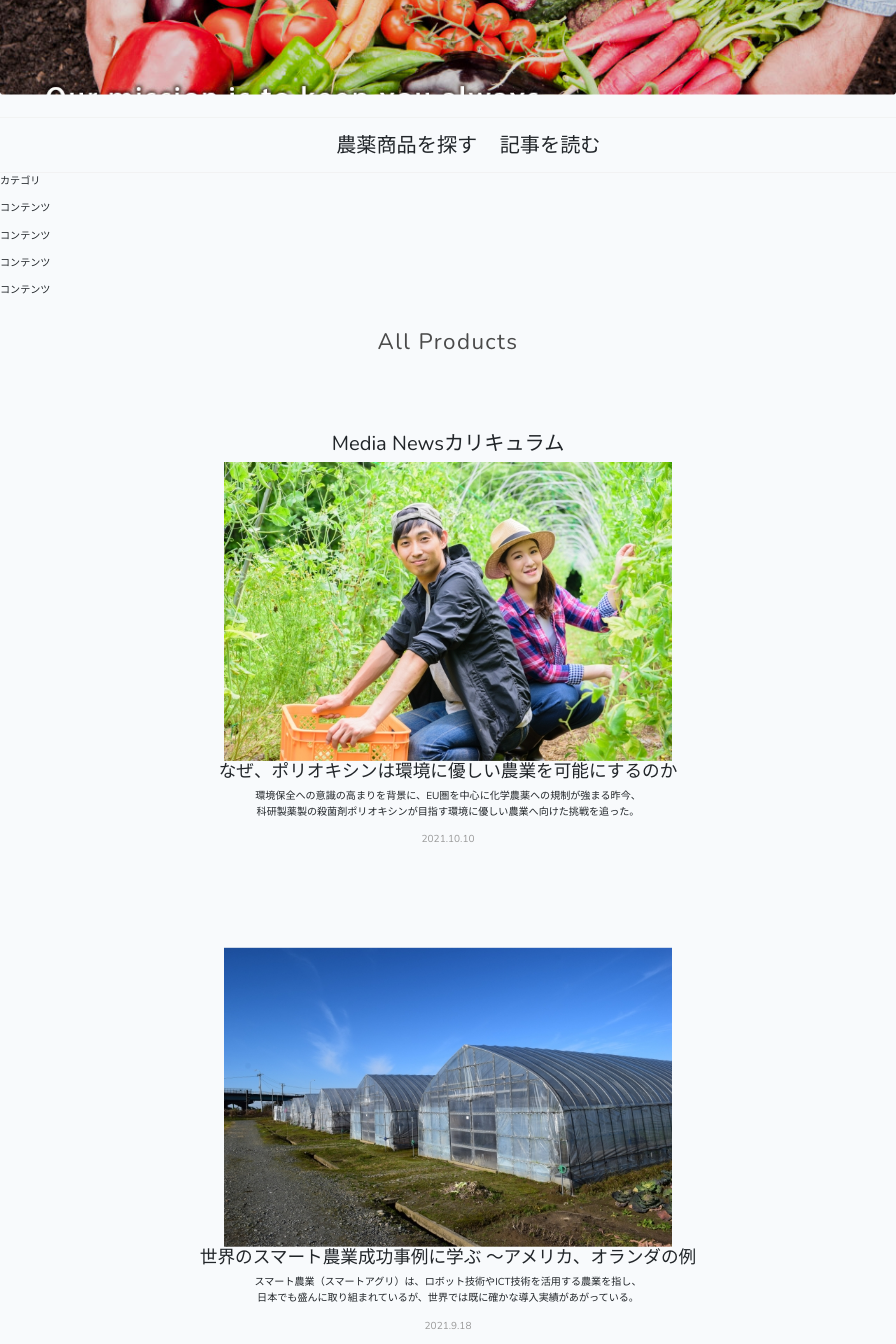
Repository: owen0618/SukuSuku
Page: http://localhost/
The author's editor kept a record of every edit. The page is drawn from the files as they stood at one moment, then again after the next edit.
The browser window is 1280 px wide. The pictures show the part of the page from y = 320 to 2240 px (the page is 3036 px tall before and 2841 px after), at 70% of full size.
The page is served by the project's Laravel application, run on PHP 8.4 with Laravel 8. Other server files are loaded and not shown. Queries for data that is not in the repository find no rows.

Above is the page before.

### cms/app/Providers/AppServiceProvider.php
<?php

namespace App\Providers;

use Illuminate\Support\ServiceProvider;
use Illuminate\Support\Facades\Schema; //この行を追加
use Illuminate\Support\Facades\URL;    //この行を追加

class AppServiceProvider extends ServiceProvider
{
    /**
     * Register any application services.
     *
     * @return void
     */
    public function register()
    {
        //
    }

    /**
     * Bootstrap any application services.
     *
     * @return void
     */
    public function boot()
    {
        //
        Schema::defaultStringLength(191);   //この行を追加
        URL::forceScheme('https');          //この行を追加
    }
}

### cms/routes/web.php
<?php

/*
|--------------------------------------------------------------------------
| Web Routes
|--------------------------------------------------------------------------
|
| Here is where you can register web routes for your application. These
| routes are loaded by the RouteServiceProvider within a group which
| contains the "web" middleware group. Now create something great!
|
*/

Route::get('/', function () {
    return view('welcome');
});

Auth::routes();

Route::get('/home', 'HomeController@index')->name('home');

//Route::get('/', 'ProductController@index')->name('product.index');

//Route::get('/product/{id}', 'ProductController@show')->name('product.show');


Route::name('product.')
      ->group(function () {
          Route::get('/', 'ProductController@index')->name('index');
          Route::get('/product/{id}', 'ProductController@show')->name('show');
      });

      Route::name('line_item.')
      ->group(function () {
          Route::post('/line_item/create', 'LineItemController@create')->name('create');
          Route::post('/line_item/delete', 'LineItemController@delete')->name('delete');

      });

      Route::name('cart.')
      ->group(function () {
          Route::get('/cart', 'CartController@index')->name('index');
          Route::get('/cart/checkout', 'CartController@checkout')->name('checkout');
          Route::get('/cart/success', 'CartController@success')->name('success');
      });

### cms/app/Http/Controllers/Controller.php
<?php

namespace App\Http\Controllers;

use Illuminate\Foundation\Auth\Access\AuthorizesRequests;

use App\Product;

use Illuminate\Foundation\Bus\DispatchesJobs;
use Illuminate\Foundation\Validation\ValidatesRequests;
use Illuminate\Routing\Controller as BaseController;

class Controller extends BaseController
{
    use AuthorizesRequests, DispatchesJobs, ValidatesRequests;

    public function index()
     {
         return view('product.index')
             ->with('products', Product::get());
     }

     public function show($id)
     {
         return view('product.show')
             ->with('product', Product::find($id));
     }

}

### cms/app/Cart.php
<?php

namespace App;

use Illuminate\Database\Eloquent\Model;

class Cart extends Model
{
    public function products()
     {
         return $this->belongsToMany(
    Product::class,
    'line_items'
    )->withPivot(['id', 'quantity']);


     }

}

### cms/app/Product.php
<?php

namespace App;

use Illuminate\Database\Eloquent\Model;

class Product extends Model
{
    public function carts()
     {
         return $this->belongsToMany(
           Cart::class,
           'line_items')->withPivot(['id', 'quantity']);
}

}

### cms/resources/views/product/index.blade.php


@extends('layouts.app')

  @section('title')
  商品一覧
 @endsection

  @section('content')

   <!-- SukuSuku文字表示 -->
    <div class="jumbotron top-img">
        <p class="text-center text-white top-img-text">{{ config('app.name', 'Laravel')}}</p>
    </div>

    <!-- 追加開始 -->
    <div class="header-above">
		<div class="wrapper header-inner">

			<button class="btn btn-mobileMenu"></button>
			<nav class="nav-outer">
				<ul class="nav clearfix">
					<li class="nav-item"><a href="#about">農薬商品を探す</a></li>

					<li class="nav-item"><a href="#news">記事を読む</a></li>

				</ul>
			</nav>
		</div>
	</div>



     <div class="localNavigation">
            <p>カテゴリ</p>
        </div>
        <div class="content-area">
            <div class="content">
                <p>コンテンツ</p>
            </div>
            <div class="content">
                <p>コンテンツ</p>
            </div>
            <div class="content">
                <p>コンテンツ</p>
            </div>
            <div class="content">
                <p>コンテンツ</p>
            </div>


        </div>

<!-- 追加終了 -->

    <div class="container">

        <div class="top__title text-center">
            All Products
        </div>
        <div class="row">
            @foreach ($products as $product)

            <a href="{{ route('product.show', $product->id) }}" class="col-lg-4 col-md-6">
                <div class="card">
                    <img src="{{ asset($product->image) }}" class="card-img"/>
                    <div class="card-body">
                        <p class="card-title">{{ $product->name }}</p>
                        <p class="card-text">¥{{ number_format($product->price) }}</p>
                    </div>
                </div>
            </a>
            @endforeach
        </div>






     <!-- 追加開始 -->

  <!--追加③c-->
<section id="course">
	<div class="layout-course">
		<a href="#">
		<h2 class="section-title section-title__modifier-primary">Media News<span class="section-title__ja">カリキュラム</span></h2>
		<a href="#">

		<a href="https://www.kaken.co.jp/nou_doubutsu/agro/polioxin_50th.html" target="_blank"><img src="/images/11.jpg">


		<h3 class="course__title">なぜ、ポリオキシンは環境に優しい農業を可能にするのか</h3>
		<p class="course__detail text-center section-paragraph">
			環境保全への意識の高まりを背景に、EU圏を中心に化学農薬への規制が強まる昨今、<br>
			科研製薬製の殺菌剤ポリオキシンが目指す環境に優しい農業へ向けた挑戦を追った。</p>
		<p class="news-list__date">2021.10.10</p>

	</div>

	<div class="layout-course">

		<a href="#">
			<a href="https://smartagri-jp.com/smartagri/34" target="_blank"><img src="/images/12.jpg">
		<h3 class="course__title">世界のスマート農業成功事例に学ぶ 〜アメリカ、オランダの例</h3>
		<p class="course__detail text-center section-paragraph">
			スマート農業（スマートアグリ）は、ロボット技術やICT技術を活用する農業を指し、<br>
			日本でも盛んに取り組まれているが、世界では既に確かな導入実績があがっている。</p>
		<p class="news-list__date">2021.9.18</p>

	</div>

	<div class="layout-course">

		<a href="#">
		<a href="https://newspicks.com/book/1071/article/3300783?ref=book_1071" target="_blank"><img src="/images/10.jpg">
		<h3 class="course__title">農業を革新する、7人のアウトサイダーたち</h3>
		<p class="course__detail text-center section-paragraph">
			日本食を支える「農業」は、待ったなしの危機的状況にある。就業人口は半減、就労者の<br>
			平均年齢は66.6歳に達した。旧来システムが根強い状況下、農業の変革に挑む７人に迫る。</p>
		<p class="news-list__date">2021.9.10</p>


	</div>

		<a href="#" class="btn">TOPへ戻る</a>

</section>


  <!-- 追加終了 -->


    </div>

@endsection

### cms/resources/views/layouts/app.blade.php
<!DOCTYPE html>
<html lang="{{ app()->getLocale() }}">
    <head>
        <title>@yield('title') | {{ config('app.name', 'Laravel') }}</title>
        <link rel="stylesheet" href="{{ asset('/css/app.css') }}">
    </head>
    <body>
        <nav class="navbar navbar-light bg-light">
            <div class="container">
                <a class="navbar-brand" href="/">{{ config('app.name', 'Laravel') }}</a>

                <a class="fas fa-shopping-cart" href="{{ route('cart.index') }}"></a>

            </div>
        </nav>



        @yield('content')
    </body>
</html>

Loaded but not shown: cms/app/Http/Controllers/Auth/LoginController.php (common file); cms/app/Http/Controllers/Auth/ConfirmPasswordController.php (common file); cms/app/Http/Controllers/ProductController.php (common file); cms/public/css/app.css (library)

After the next edit:
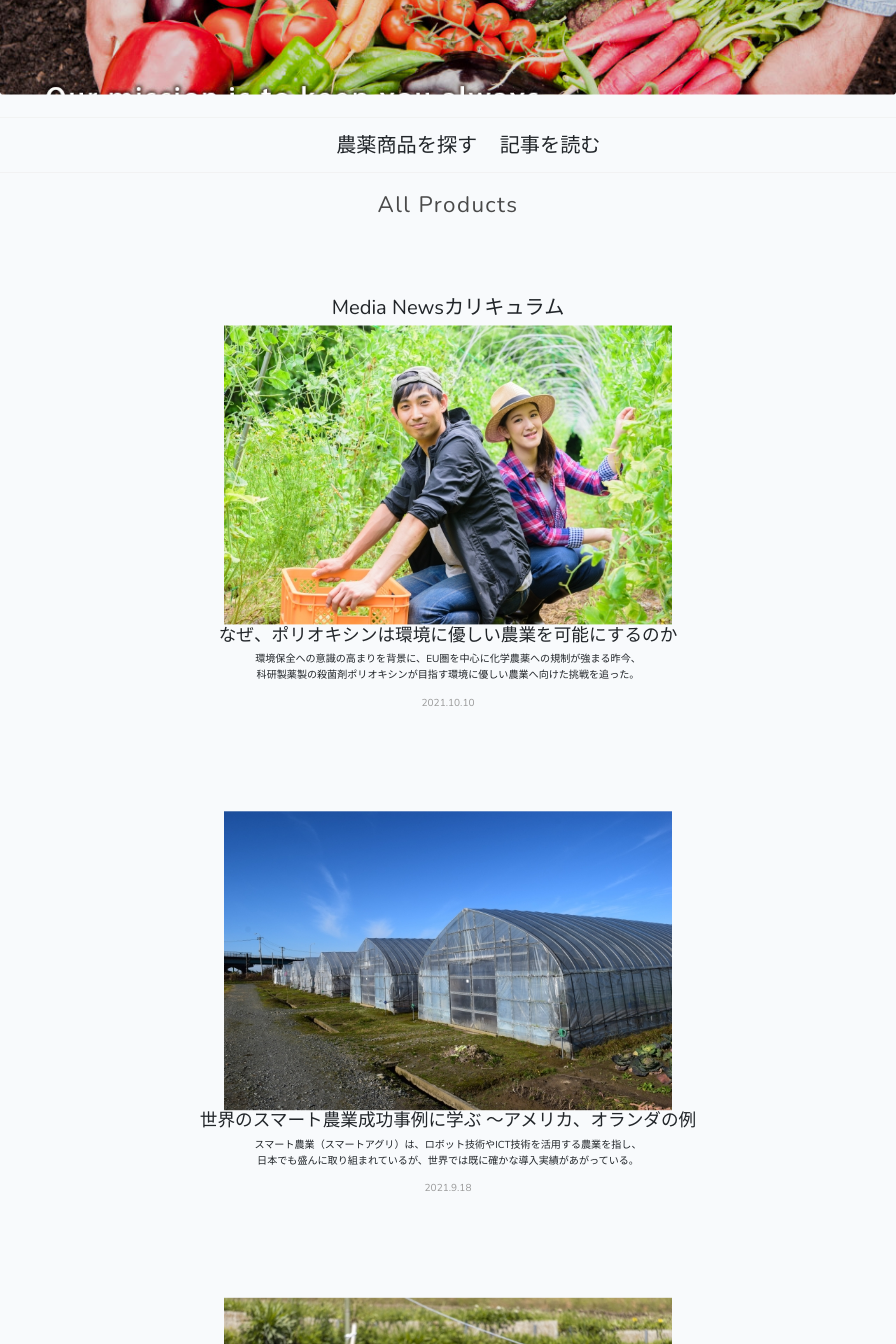
The edit:
--- a/cms/resources/views/product/index.blade.php
+++ b/cms/resources/views/product/index.blade.php
@@ -30,26 +30,6 @@
 	</div>
 
 
-
-     <div class="localNavigation">
-            <p>カテゴリ</p>
-        </div>
-        <div class="content-area">
-            <div class="content">
-                <p>コンテンツ</p>
-            </div>
-            <div class="content">
-                <p>コンテンツ</p>
-            </div>
-            <div class="content">
-                <p>コンテンツ</p>
-            </div>
-            <div class="content">
-                <p>コンテンツ</p>
-            </div>
-
-
-        </div>
 
 <!-- 追加終了 -->
 
